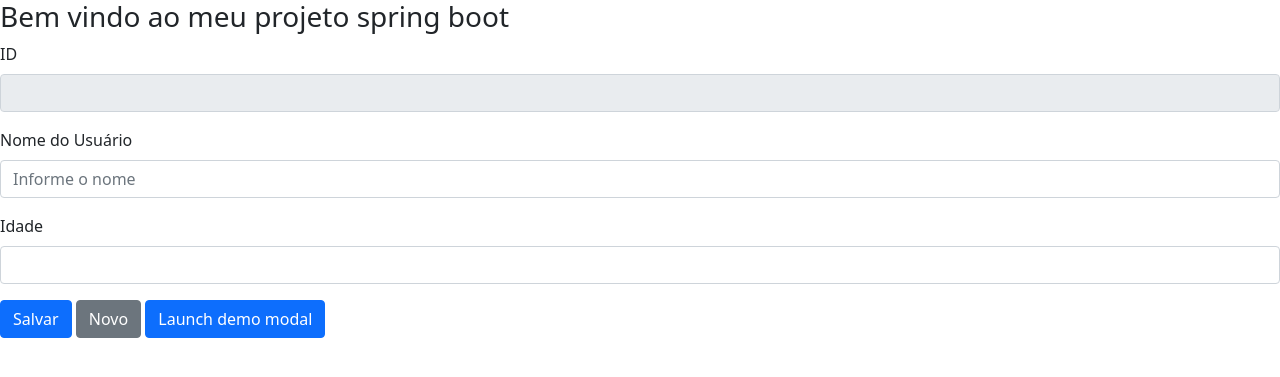
Repository: juliocoosta/Projeto_Crud_Com_SpringBoot_RestAPI
Page: springboot-rest-api-sample/src/main/resources/static/index.html
An editor plug-in stored every save of this project. The page is shown before and after the next save, followed by the edit.
The browser window is 1280 px wide. The pictures show the whole page.
Some web libraries are served in a nearby version.

Above is the page before, as saved 2023-04-26 13:49:05.

After the next save:
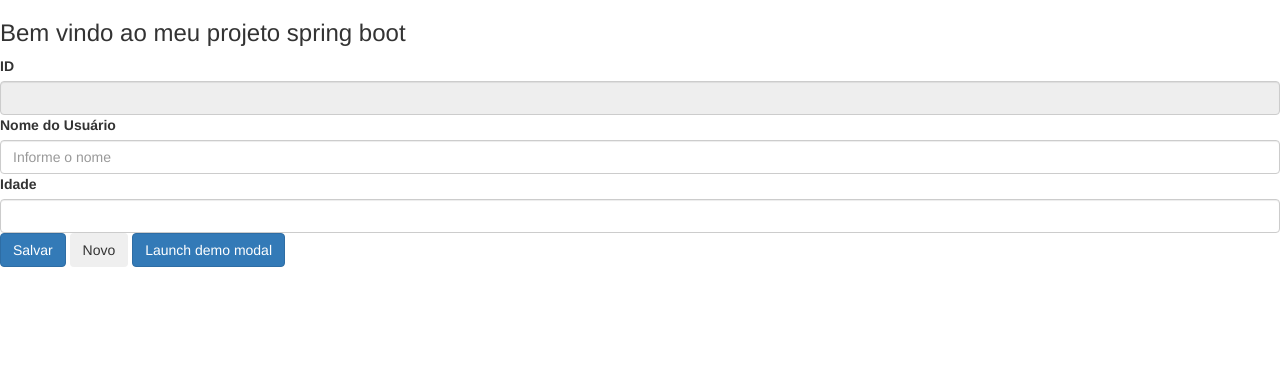
Saved 19 s later.
--- a/springboot-rest-api-sample/src/main/resources/static/index.html
+++ b/springboot-rest-api-sample/src/main/resources/static/index.html
@@ -6,7 +6,8 @@
 
 	<title>Insert title here</title>
 	<!-- Bootstrap CSS -->
-	<link href="https://cdn.jsdelivr.net/npm/bootstrap@5.0.2/dist/css/bootstrap.min.css" rel="stylesheet" integrity="sha384-EVSTQN3/azprG1Anm3QDgpJLIm9Nao0Yz1ztcQTwFspd3yD65VohhpuuCOmLASjC" crossorigin="anonymous">
+	  <link rel="stylesheet" href="https://maxcdn.bootstrapcdn.com/bootstrap/3.3.7/css/bootstrap.min.css">
+</head>
 </head>
 
 
